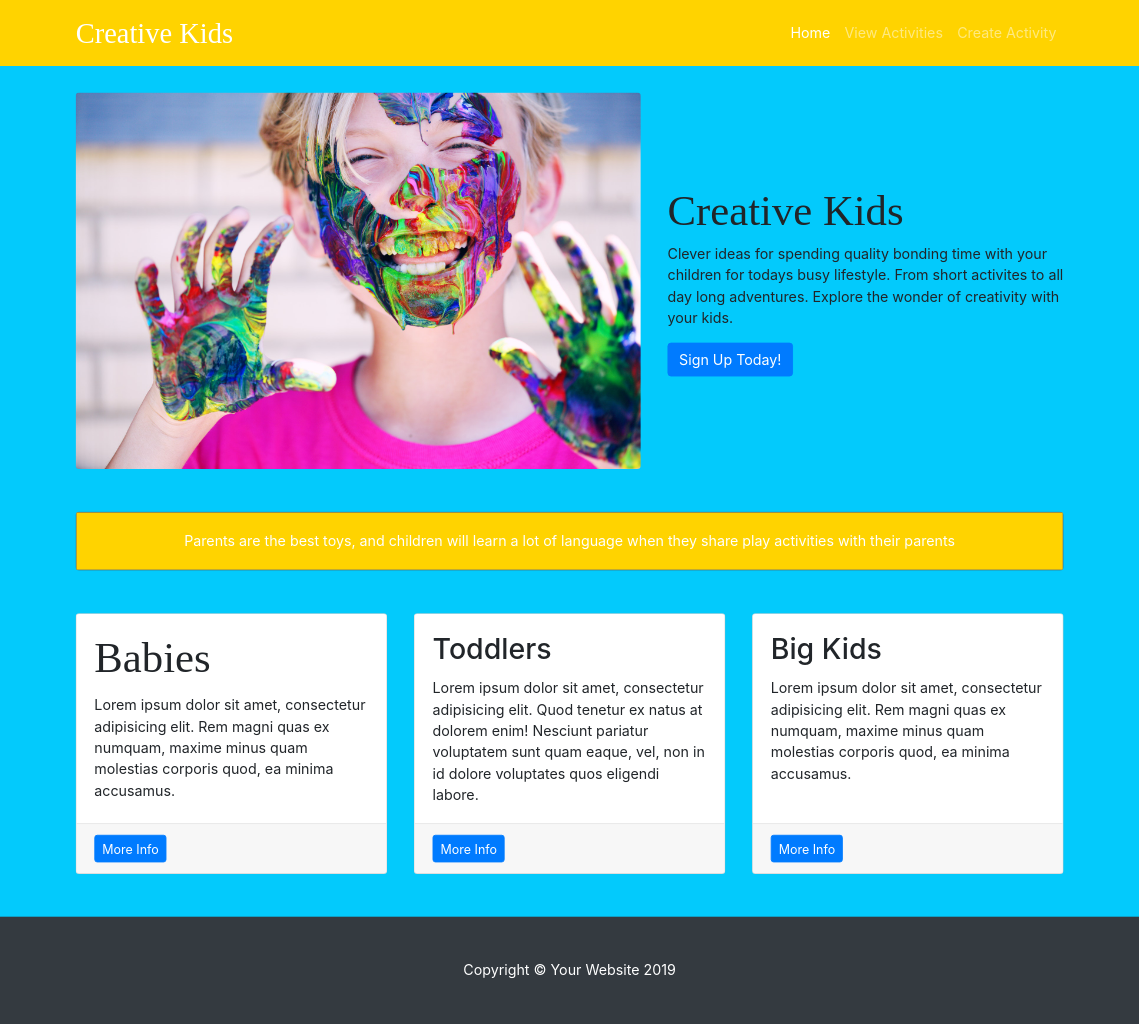
Repository: Neilfoster/milestone_project_3
Page: http://localhost/
The author's editor kept a record of every edit. The page is drawn from the files as they stood at one moment, then again after the next edit.
The browser window is 1280 px wide. The pictures show the whole page, at 89% of full size.
Some web fonts or font styles are not loaded; a fallback is used. Some web libraries are served in a nearby version. The page is served by the project's application, run on Flask 3 (app.py). Queries for data that is not in the repository find no rows.

Above is the page before.

### templates/home.html
{% extends "base.html" %}
{% block content %}

  <!-- Page Content -->
  <div class="container">

    <!-- Heading Row -->
    <div class="row align-items-center my-5">
      <div class="col-lg-7">
        <img class="img-fluid rounded mb-4 mb-lg-0" src="static/images/main-img.jpg" alt="kid with paint">
      </div>
      <!-- /.col-lg-8 -->
      <div class="col-lg-5">
        <h1 class="font-weight-light home_title">Creative Kids</h1>
        <p>Clever ideas for spending quality bonding time with your children for todays busy lifestyle. From short activites to all day long adventures. Explore the wonder of creativity with your kids.</p>
        <a class="btn btn-primary" href="#">Sign Up Today!</a>
      </div>
      <!-- /.col-md-4 -->
    </div>
    <!-- /.row -->

    <!-- Call to Action Well -->
    <div class="card text-white bg-secondary my-5  text-center">
      <div class="card-body cstm_jumb_home">
        <p class="text-white m-0">Parents are the best toys, and children will learn a lot of language when they share play activities with their parents</p>
      </div>
    </div>

    <!-- Content Row -->

    <div class="row">
      <div class="col-md-4 mb-5">
        <div class="card h-100">
          <div class="card-body">
            <h2 class="card-title home_title">Babies</h2>
            <p class="card-text">Lorem ipsum dolor sit amet, consectetur adipisicing elit. Rem magni quas ex numquam, maxime minus quam molestias corporis quod, ea minima accusamus.</p>
          </div>
          <div class="card-footer">
            <a href="#" class="btn btn-primary btn-sm">More Info</a>
          </div>
        </div>
      </div>
      <!-- /.col-md-4 -->
      <div class="col-md-4 mb-5">
        <div class="card h-100">
          <div class="card-body">
            <h2 class="card-title">Toddlers</h2>
            <p class="card-text">Lorem ipsum dolor sit amet, consectetur adipisicing elit. Quod tenetur ex natus at dolorem enim! Nesciunt pariatur voluptatem sunt quam eaque, vel, non in id dolore voluptates quos eligendi labore.</p>
          </div>
          <div class="card-footer">
            <a href="#" class="btn btn-primary btn-sm">More Info</a>
          </div>
        </div>
      </div>
      <!-- /.col-md-4 -->
      <div class="col-md-4 mb-5">
        <div class="card h-100">
          <div class="card-body">
            <h2 class="card-title">Big Kids</h2>
            <p class="card-text">Lorem ipsum dolor sit amet, consectetur adipisicing elit. Rem magni quas ex numquam, maxime minus quam molestias corporis quod, ea minima accusamus.</p>
          </div>
          <div class="card-footer">
            <a href="#" class="btn btn-primary btn-sm">More Info</a>
          </div>
        </div>
      </div>
      <!-- /.col-md-4 -->

    </div>
    <!-- /.row -->

  </div>
  <!-- /.container -->

  {% endblock %}
</body>

</html>

### templates/base.html
<!DOCTYPE html>
<html lang="en">

<head>

  <meta charset="utf-8">
  <meta name="viewport" content="width=device-width, initial-scale=1, shrink-to-fit=no">
  <meta name="description" content="">
  <meta name="author" content="">

  <title>Creative Kids</title>

  <!-- Bootstrap core CSS -->
  <link href="static/css/bootstrap.min.css" rel="stylesheet">

  <!-- CDN for Bootstrap core CSS -->
  <!-- <link rel="stylesheet" href="https://stackpath.bootstrapcdn.com/bootstrap/4.3.1/css/bootstrap.min.css" type="text/css" /> -->

  <!-- Custom styles for this template -->
  <link href="static/css/small-business.css" rel="stylesheet">

  <!-- Custom styles-->
  <link href="static/css/style.css" rel="stylesheet">

  <!-- Google Fonts-->
  <link href="https://fonts.googleapis.com/css?family=Butterfly+Kids&display=swap" rel="stylesheet">

</head>

<body>

  <!-- Navigation -->
  <nav class="navbar navbar-expand-lg navbar-dark fixed-top cstmnav">
    <div class="container">
      <a class="navbar-brand nav_txt" href="{{url_for('get_activities')}}">Creative Kids</a>
      <button class="navbar-toggler" type="button" data-toggle="collapse" data-target="#navbarResponsive" aria-controls="navbarResponsive" aria-expanded="false" aria-label="Toggle navigation">
        <span class="navbar-toggler-icon"></span>
      </button>
      <div class="collapse navbar-collapse" id="navbarResponsive">
        <ul class="navbar-nav ml-auto">
          <li class="nav-item active">
            <a class="nav-link" href="{{url_for('get_activities')}}">Home
              <span class="sr-only">(current)</span>
            </a>
          </li>
          <li class="nav-item">
            <a class="nav-link" href="{{url_for('activity_view')}}">View Activities</a>
          </li>
          <li class="nav-item">
            <a class="nav-link" href="{{url_for('add_activity')}}">Create Activity</a>
          </li>

        </ul>
      </div>
    </div>
  </nav>

  {% block content %} {% endblock %}



  <!-- Footer -->
  <footer class="py-5 bg-dark">
    <div class="container">
      <p class="m-0 text-center text-white">Copyright &copy; Your Website 2019</p>
    </div>
    <!-- /.container -->
  </footer>


  <!-- Bootstrap core JavaScript -->
  <script src="static/js/jquery.min.js"></script>
  <script src="static/js/bootstrap.bundle.min.js"></script>

<!-- Font Awesome js-->
  <script src="https://kit.fontawesome.com/8aa891fdce.js" crossorigin="anonymous"></script>
</body>

</html>

### app.py
import os
from flask import Flask, render_template, redirect, request, url_for
from flask_pymongo import PyMongo
from bson.objectid import ObjectId

app = Flask(__name__)

app.config["MONGO_DBNAME"] = 'milestoneproject3me'
app.config["MONGO_URI"] = os.environ.get('mongo_uri')

mongo = PyMongo(app)

@app.route('/')
@app.route('/get_activities')
def get_activities():
    return render_template("home.html",
    activities=mongo.db.Activities.find())

@app.route('/activity_view')
def activity_view():
    return render_template('activity_view.html',
    activities=mongo.db.Activities.find().limit(6),
    ages=mongo.db.ages.find(),
    durations=mongo.db.duration.find())

@app.route('/add_activity', methods=['POST', 'GET'])
def add_activity():
    return render_template('add_activity.html',
    ages=mongo.db.ages.find(),
    durations=mongo.db.duration.find())

@app.route('/insert_activity', methods=['POST'])
def insert_activity():
    activities=mongo.db.Activities
    activities.insert_one(request.form.to_dict())
    return redirect(url_for('activity_view'))


if __name__ == "__main__":
    app.run(host=os.environ.get('IP'),
        port=int(os.environ.get('PORT')),
        debug=True)

### static/css/style.css
body {
    background-color: #03cafc;

}

.forum_text {
    margin-left: 1%;
}

.my_button{
    margin-bottom: 2%;
}

.cstmnav{
    background-color: #ffd300;
}

.cstm_jumb{
    border: 5px solid #ffd300;
    border-radius:1%;
    margin-top: 5%;
}

.cstm_select {
    border: 2px solid #ffd300;
    border-radius:1%;
    margin-top:1%;
    margin-bottom: 1%;
}

.cstm_card {
    border: 2px solid #ffd300;
    border-radius:1%;
    margin:1%;
}

.cstm_jumb_home{
    background-color: #ffd300;
}

.nav_txt {
    font-size:2rem;
    font-family: 'Butterfly Kids', cursive;
}

.home_title {
    font-family: 'Butterfly Kids', cursive;
    font-size:3rem;
}

.add_forum {
     border: 2px solid #ffd300;
    border-radius:1%;
}

.add_title {
    font-family: 'Butterfly Kids', cursive;
    font-size: 4rem;
}

Loaded but not shown: static/css/bootstrap.min.css (library); static/css/small-business.css (common file); static/js/jquery.min.js (library); static/js/bootstrap.bundle.min.js (library)

After the next edit:
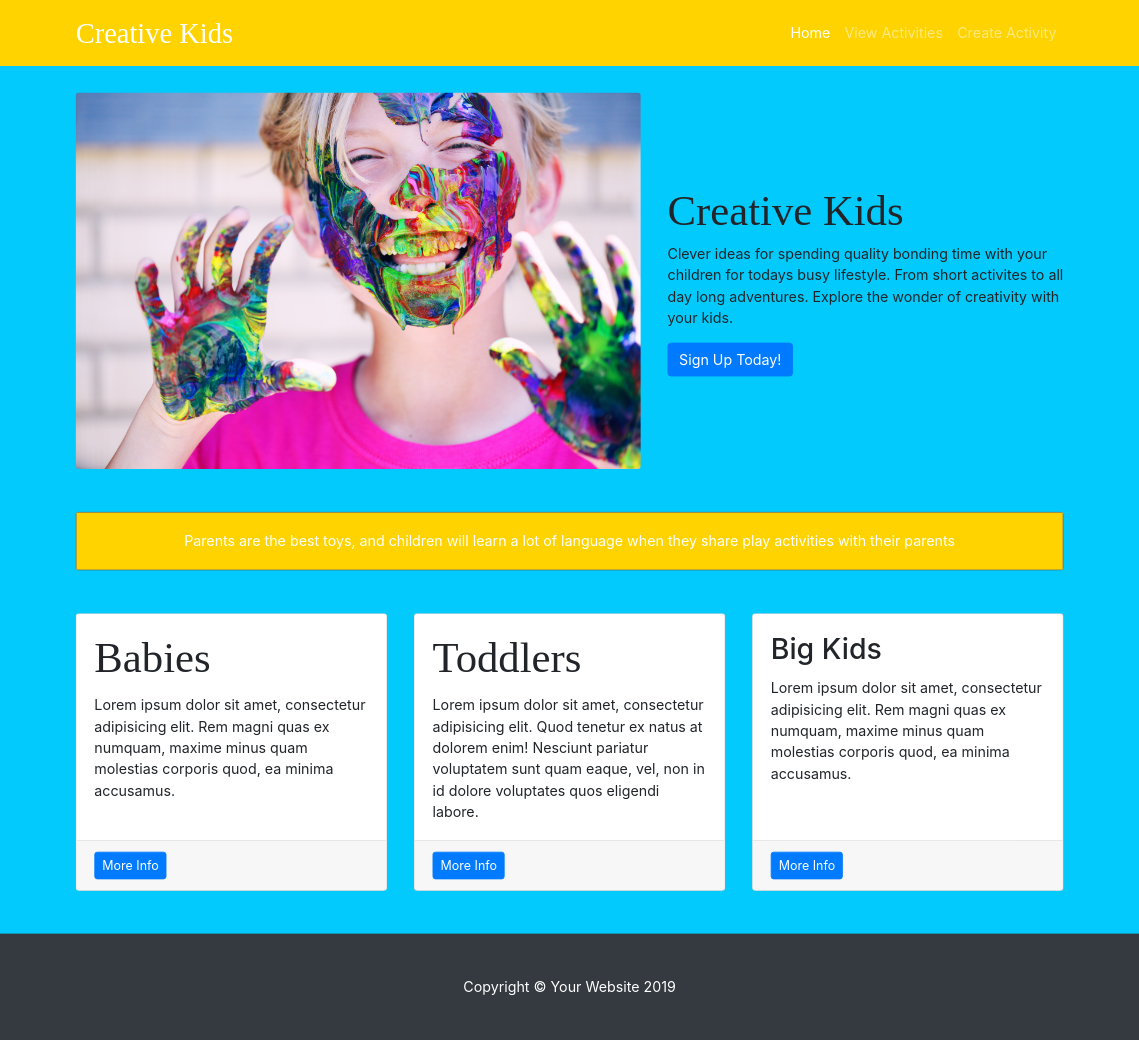
The edit:
--- a/templates/home.html
+++ b/templates/home.html
@@ -44,7 +44,7 @@
       <div class="col-md-4 mb-5">
         <div class="card h-100">
           <div class="card-body">
-            <h2 class="card-title">Toddlers</h2>
+            <h2 class="card-title home_title">Toddlers</h2>
             <p class="card-text">Lorem ipsum dolor sit amet, consectetur adipisicing elit. Quod tenetur ex natus at dolorem enim! Nesciunt pariatur voluptatem sunt quam eaque, vel, non in id dolore voluptates quos eligendi labore.</p>
           </div>
           <div class="card-footer">
